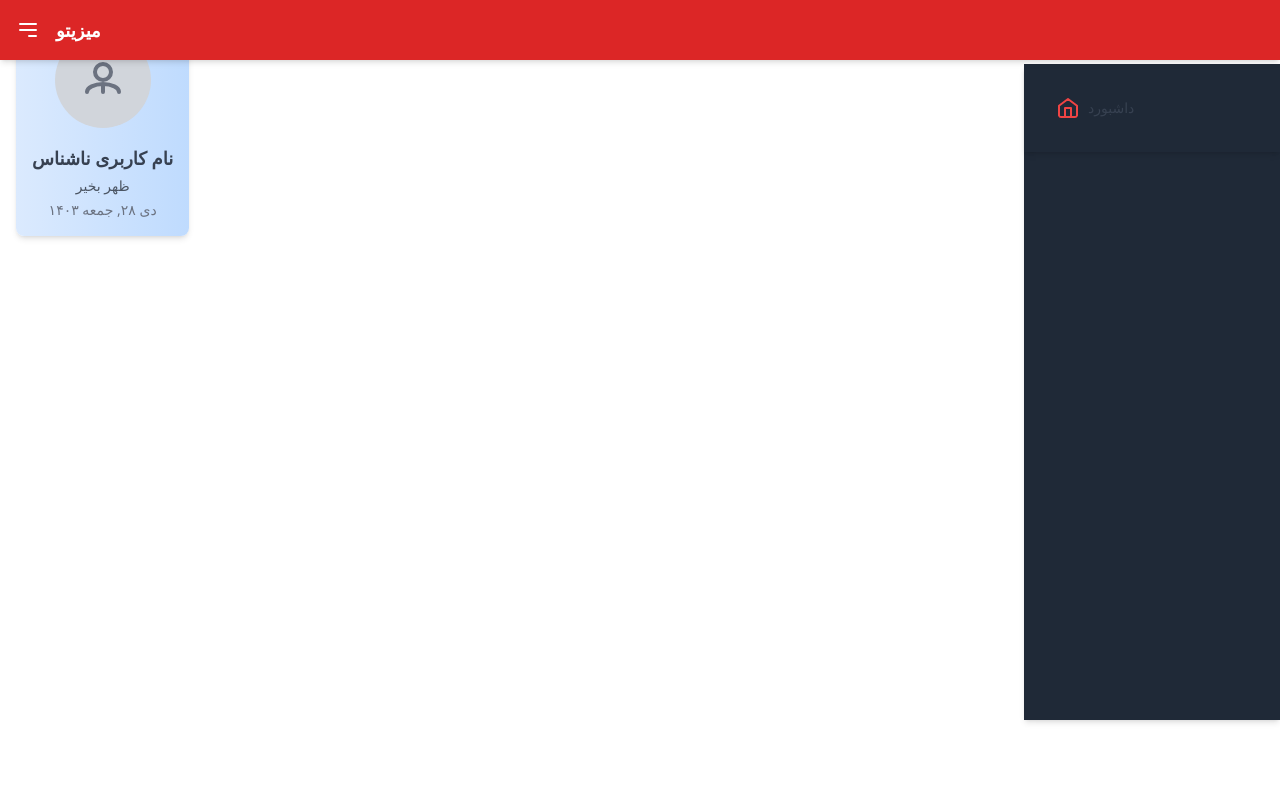
Repository: spnovaa/work-hive
Page: / (app in front_end/)
These files come from the project's save history. The page is drawn as it stood at one moment and after a run of saves; the edit follows.
The browser window is 1280 px wide. The pictures show the whole page.
The page's requests for data from a server got no answer. The project was rebuilt for these pictures with package versions that can differ from the ones it lists, and the page was loaded fresh each time. No one was signed in, and anything a server would have sent is missing. Also part of the build but not shown: front_end/src/api/auth.js, front_end/src/components/loadingSpinner.jsx, front_end/src/pages/login.jsx, front_end/src/pages/registration.jsx, front_end/src/common/axiosInstance.js, front_end/src/components/profile/profileSettingsModal.jsx, front_end/src/components/profile/dropdown.jsx, front_end/src/components/project/projectCardComponent.jsx and 10 more.

Above is the page before, as saved 2025-01-18 13:40:10.

### front_end/src/index.js
import React from 'react';
import ReactDOM from 'react-dom/client'; // Import from 'react-dom/client' for React 18+
import './styles/globals.css';
import App from './App';

// Create a root element for rendering the React application
const root = ReactDOM.createRoot(document.getElementById('root'));

// Use the new `render` method for React 18+
root.render(
  <React.StrictMode>
    <App />
  </React.StrictMode>
);

### front_end/src/App.jsx
import React, { useState } from 'react';
import { BrowserRouter as Router, Routes, Route } from 'react-router-dom';
import Login from './pages/login';
import Registration from './pages/registration';
import Home from './pages/home';
import ProjectsDashboard from './components/project/projectDashboard.jsx';
import ProjectDetails from './components/project/projectDetails.jsx';
import NewProject from './components/project/newProject.jsx';
import DashboardSidebar from './components/dashboardSidebar';
import TaskPage from './components/task/taskPage.jsx';
import TeamList from './components/team/teamList.jsx';
import TopBar from './components/topBar.jsx';

function App() {
  const [sidebarVisible, setSidebarVisible] = useState(true);

  const toggleSidebar = () => {
    setSidebarVisible((prev) => !prev);
  };

  return (
    <Router>
      <div className="flex flex-col h-screen">
        <div className="w-full bg-red-600 shadow-md fixed top-0 z-20">
          <TopBar toggleSidebar={toggleSidebar} />
        </div>

        <div className="flex flex-grow">
          {sidebarVisible && (
            <div className="w-64 bg-gray-800 fixed top-16 bottom-0 right-0 z-10 shadow-md">
              <DashboardSidebar />
            </div>
          )}
          <div
            className={`flex-grow ${
              sidebarVisible ? 'pr-64' : ''
            } pt-16 p-4 transition-all duration-300`}
          >
            <Routes>
              <Route path="/login" element={<Login />} />
              <Route path="/register" element={<Registration />} />
              <Route path="/" element={<Home />} />
              <Route path="/projects" element={<ProjectsDashboard />} />
              <Route path="/projects/new" element={<NewProject />} />
              <Route path="/projects/:projectId" element={<ProjectDetails />} />
              <Route path="/tasks" element={<TaskPage />} />
              <Route path="/teams" element={<TeamList />} />
            </Routes>
          </div>
        </div>
      </div>
    </Router>
  );
}

export default App;

### front_end/src/pages/home.jsx
import React, { useState } from 'react';
import ProfileSection from '../components/profile/profileSection';
import { useLocation } from 'react-router-dom';
import DashboardSidebar from '../components/dashboardSidebar';
import  ProfileSettingsModal  from '../components/profile/profileSettingsModal.jsx'
function Home() {
  const [isModalOpen, setIsModalOpen] = useState(false);

    const openModal = () => {
        setIsModalOpen(true);
    };

    const closeModal = () => {
        setIsModalOpen(false);
    };
  const location = useLocation();
  const name = location.state?.name || "نام کاربری ناشناس";
  const [background, setBackground] = useState('bg-white');
  const handleBackgroundChange = (bg) => {
    setBackground(bg);
  };
  const getCurrentDate = () => {
    const options = { weekday: 'long', year: 'numeric', month: 'long', day: 'numeric' };
    return new Date().toLocaleDateString('fa-IR', options);
  };
  return (
    <div className={`h-screen ${background} p-4`}>
      <div className="absolute top-4 left-4">
        <ProfileSection
          name={name}
          greeting="ظهر بخیر"
          date={getCurrentDate()}
          onBackgroundChange={handleBackgroundChange}
          onSettingsClick={openModal}
        />
      </div>
      <ProfileSettingsModal show={isModalOpen} onClose={closeModal} />
    </div>
  );
}

export default Home;

### front_end/src/components/dashboardSidebar.jsx
import React from 'react';
import { useNavigate } from 'react-router-dom';

function SidebarItem({ icon, label, notificationCount, onClick }) {
    return (
        <div
            className="className=flex items-center justify-start flex-row-reverse p-4 cursor-pointer hover:bg-gray-100"
            onClick={onClick}
        >
            <div className="flex items-center">
                <span className="text-lg text-gray-700 mr-2">{icon}</span>
                <span className="text-gray-700 text-sm font-medium">{label}</span>
            </div>
            {notificationCount > 0 && (
                <span className="bg-red-500 text-white text-xs font-bold rounded-full px-2 py-1">
                    {notificationCount}
                </span>
            )}
        </div>
    );
}

function DashboardSidebar() {
    const navigate = useNavigate();

    const handleNavigation = (path) => {
      navigate(path);
    };

    return (
      <div className="w-64 bg-gray-800 text-white shadow-md p-4">
        <SidebarItem
          icon={
            <svg
              xmlns="http://www.w3.org/2000/svg"
              className="h-6 w-6 text-red-500"
              fill="none"
              viewBox="0 0 24 24"
              stroke="currentColor"
            >
              <path
                strokeLinecap="round"
                strokeLinejoin="round"
                strokeWidth="2"
                d="M3 9.75L12 3l9 6.75v9.75A2.25 2.25 0 0118.75 21H5.25A2.25 2.25 0 013 19.5V9.75z"
              />
              <path
                strokeLinecap="round"
                strokeLinejoin="round"
                strokeWidth="2"
                d="M9 21V12h6v9"
              />
            </svg>
          }
          label="داشبورد"
          onClick={() => handleNavigation('/')}
        />
      </div>
    );
  }

  export default DashboardSidebar;

### front_end/src/components/topBar.jsx
import React from 'react';

function TopBar({ toggleSidebar }) {
  return (
    <div className="flex items-center justify-between p-4">
      <div className="flex items-center">
        <button
          onClick={toggleSidebar}
          className="mr-4 cursor-pointer text-white"
        >
          <svg
            xmlns="http://www.w3.org/2000/svg"
            className="h-6 w-6"
            fill="none"
            viewBox="0 0 24 24"
            stroke="currentColor"
          >
            <path
              strokeLinecap="round"
              strokeLinejoin="round"
              strokeWidth="2"
              d="M4 6h16M4 12h16m-7 6h7"
            />
          </svg>
        </button>
        <div className="text-white text-lg font-bold">میزیتو</div>
      </div>
    </div>
  );
}

export default TopBar;

### front_end/src/components/profile/profileSection.jsx
import React, { useState, useEffect, useRef } from 'react';
import ProfileDropdown from './dropdown.jsx';

const ProfileSection = ({ name, greeting, date, onBackgroundChange ,onSettingsClick}) => {
  const [isDropdownOpen, setIsDropdownOpen] = useState(false);
  const dropdownRef = useRef(null);

  const toggleDropdown = () => {
    setIsDropdownOpen((prev) => !prev);
  };

  useEffect(() => {
    const handleClickOutside = (event) => {
      if (dropdownRef.current && !dropdownRef.current.contains(event.target)) {
        setIsDropdownOpen(false);
      }
    };

    document.addEventListener('mousedown', handleClickOutside);
    return () => {
      document.removeEventListener('mousedown', handleClickOutside);
    };
  }, []);

  return (
    <div className="relative">
  <div
    className={`relative z-0 p-4 bg-gradient-to-r from-blue-100 to-blue-200 rounded-lg shadow-md max-w-xs cursor-pointer ${
      isDropdownOpen ? 'hidden' : ''
    }`}
    onClick={toggleDropdown}
  >
    <div className="flex flex-col items-center">
      <div className="bg-gray-300 w-24 h-24 rounded-full flex items-center justify-center mb-4">
        <svg
          xmlns="http://www.w3.org/2000/svg"
          className="h-12 w-12 text-gray-500"
          fill="none"
          viewBox="0 0 24 24"
          stroke="currentColor"
        >
          <path
            strokeLinecap="round"
            strokeLinejoin="round"
            strokeWidth="2"
            d="M12 12c2.21 0 4-1.79 4-4s-1.79-4-4-4-4 1.79-4 4 1.79 4 4 4zM12 14c-4.418 0-8 1.79-8 4m8-4c4.418 0 8 1.79 8 4m-8-4v4"
          />
        </svg>
      </div>
      <h2 className="text-lg font-semibold text-gray-700">{name}</h2>
      <p className="text-sm text-gray-600 mt-1">{greeting}</p>
      <p className="text-sm text-gray-500 mt-1">{date}</p>
    </div>
  </div>

  {isDropdownOpen && (
    <div
      ref={dropdownRef}
      className="absolute top-0 left-0  bg-white rounded-lg shadow-lg p-4 w-full"
    >
      <ProfileDropdown onBackgroundChange={onBackgroundChange} onSettingsClick={onSettingsClick} />
    </div>
  )}
</div>

  );
};

export default ProfileSection;

Loaded but not shown: front_end/public/index.html (common file); front_end/src/styles/globals.css (common file); front_end/tailwind.config.js (common file)

After the next 3 saves:
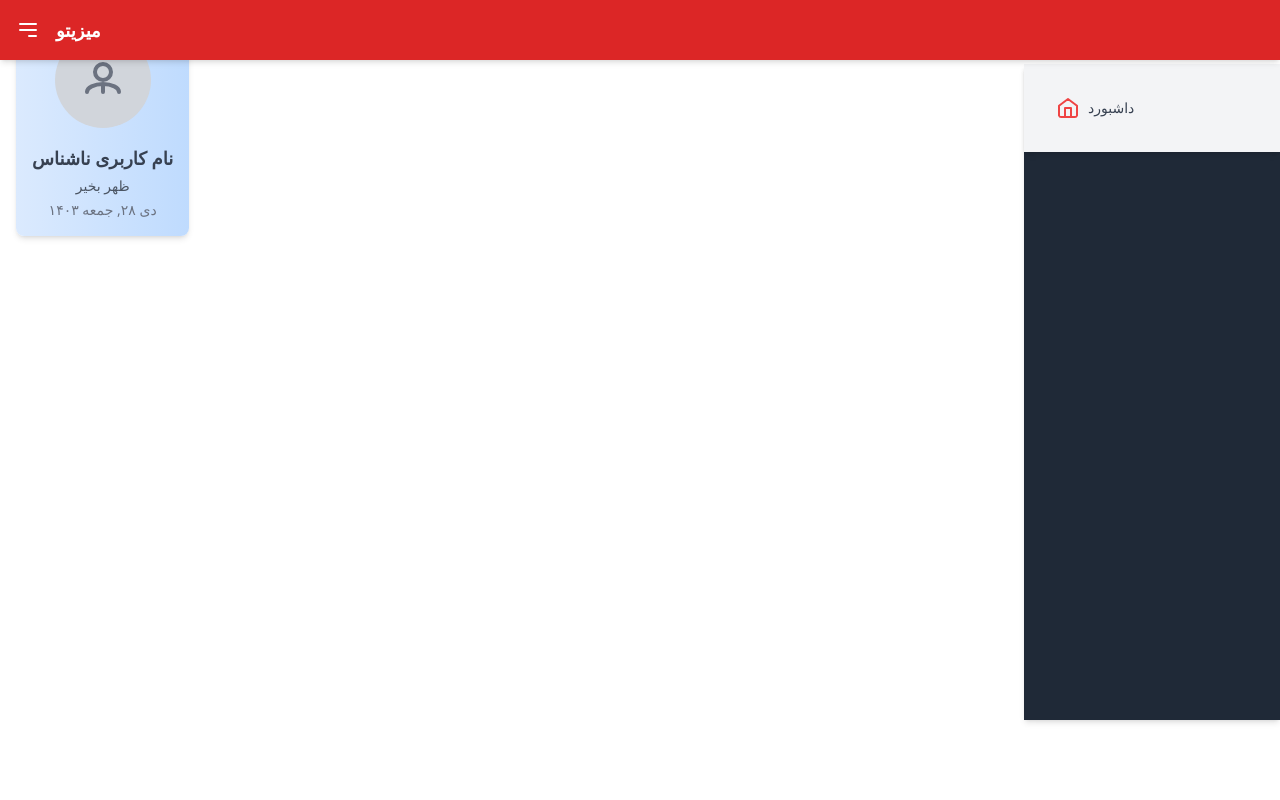
The 3 saves are shown as one change because 2 did not build or start.
The last was saved 44 s later.
--- a/front_end/src/components/dashboardSidebar.jsx
+++ b/front_end/src/components/dashboardSidebar.jsx
@@ -28,7 +28,7 @@ function DashboardSidebar() {
     };
 
     return (
-      <div className="w-64 bg-gray-800 text-white shadow-md p-4">
+      <div className="w-64 bg-gray-100 text-white shadow-md p-4">
         <SidebarItem
           icon={
             <svg
